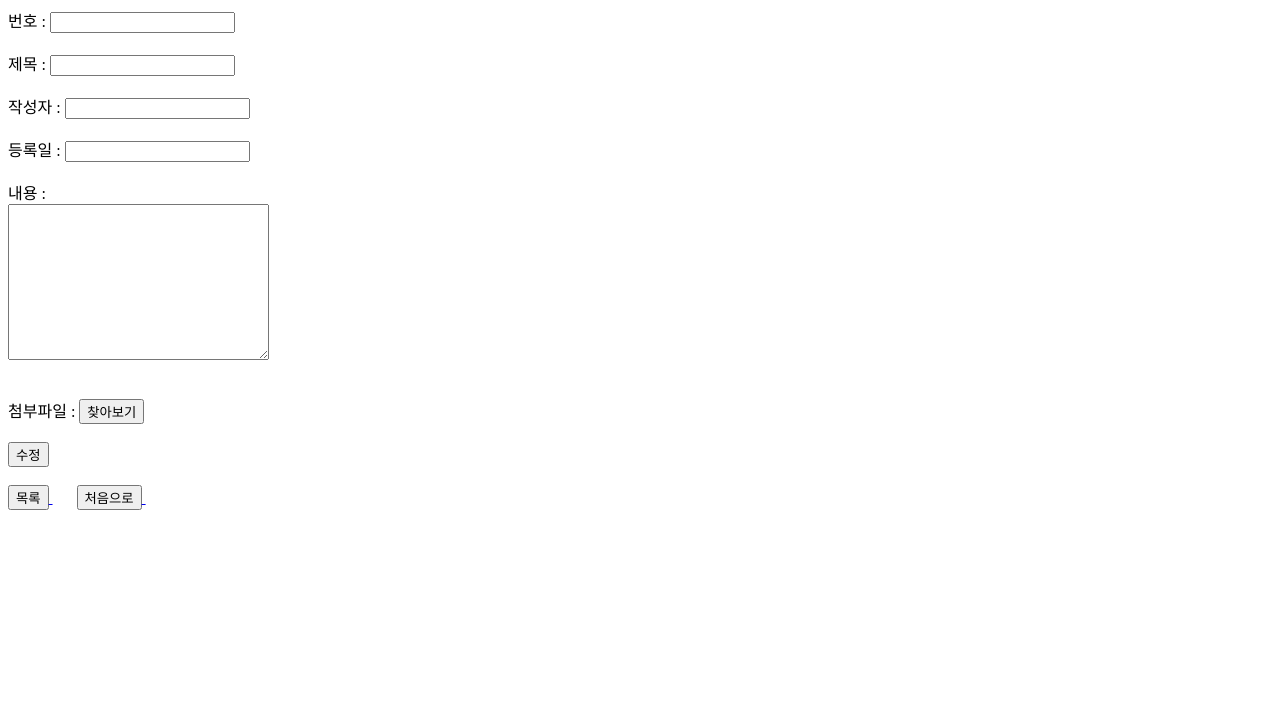
Repository: bbqju13/simai
Page: http://localhost/zip/WEB-INF/views/board/modify.jsp
An editor plug-in stored every save of this project. The page is shown before and after the next save, followed by the edit.
The browser window is 1280 px wide. The pictures show the whole page.
The page is served by Tomcat 9. Nobody is signed in. The template is opened directly, without the code that normally fills it, so the values that code supplies are empty.

Above is the page before, as saved 2023-06-20 01:12:16.

After the next save:
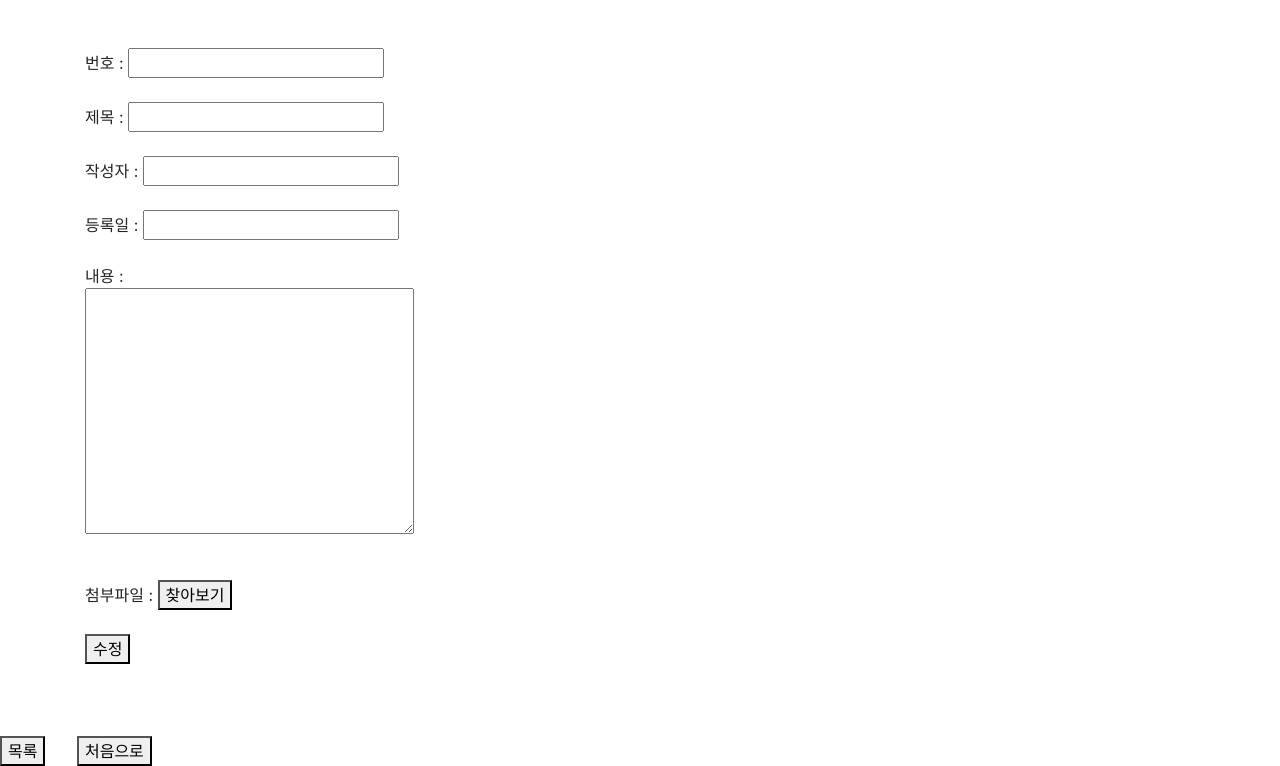
Saved 2 min 58 s later.
--- a/zip/src/main/webapp/WEB-INF/views/board/modify.jsp
+++ b/zip/src/main/webapp/WEB-INF/views/board/modify.jsp
@@ -7,8 +7,11 @@
 <head>
 <meta charset="UTF-8">
 <title>MODIFY</title>
+<link rel="stylesheet" href="https://stackpath.bootstrapcdn.com/bootstrap/4.3.1/css/bootstrap.min.css">
+
 </head>
 <body>
+<div class="container py-5">
 	<form action="/board/modify" method="post"
 		enctype="multipart/form-data">
 		번호 : <input type="text" name="bno" value="${boardDTO.bvo.bno }"
@@ -57,6 +60,7 @@
 		<div id="fileZone"></div>
 		<button id="regBtn">수정</button>
 	</form>
+</div>
 	<br>
 	<a href="/board/list">
 		<button type="button">목록</button>
